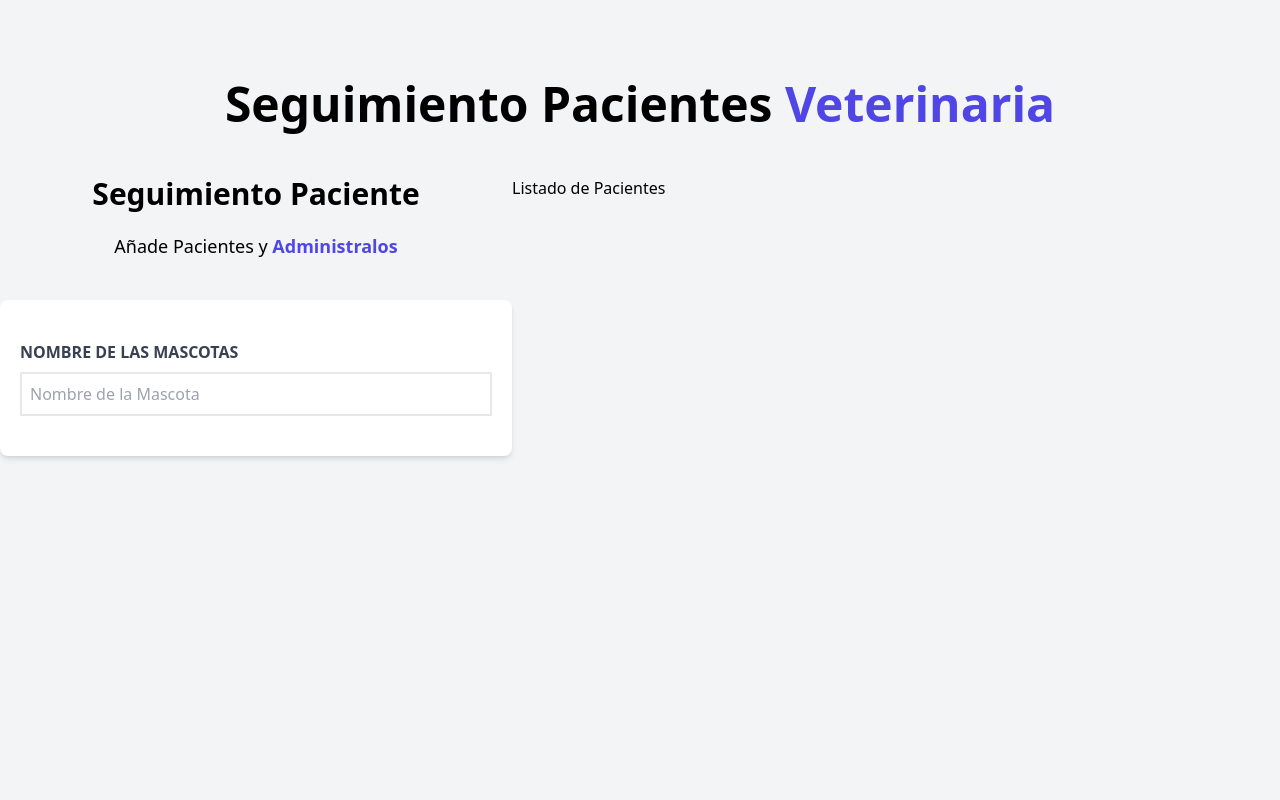
Repository: richardacb/citas_react_vite
Page: /
The author's editor kept a copy of each file at every save. The page is drawn from the files as they stood at one save, then again after a run of saves.
The browser window is 1280 px wide. The pictures show the whole page.
The project was rebuilt for these pictures with package versions that can differ from the ones it lists, and the page was loaded fresh each time. Also part of the build but not shown: vite.config.js.

Above is the page before, as saved 2022-12-17 02:45:05.

### src/App.jsx
import { useState } from "react";
import Header from "./components/Header";
import Formulario from "./components/Formulario";
import ListadoPacientes from "./components/ListadoPacientes";

function App() {
  return (
    <div className="container mx-auto mt-20">
      <Header />
      <div className="mt-12 md:flex">
        <Formulario />
        <ListadoPacientes />
      </div>
    </div>
  );
}

export default App;

### src/components/Header.jsx
function Header() {
  return (
    <>
        <h1 className="font-black text-5xl text-center md:w-2/3 mx-auto">Seguimiento Pacientes {''}
         <span className="text-indigo-600">Veterinaria</span></h1>
    </>
  );
}

export default Header;

### src/components/Formulario.jsx
const Formulario = () => {
    return (
        <div className="md:w-1/2 lg:w-2/5">
            <h2 className="font-black text-3xl text-center">Seguimiento Paciente</h2>

            <p className="text-lg mt-5 text-center mb-10">
                Añade Pacientes y {''} <span className="text-indigo-600 font-bold">Administralos</span>
            </p>

            <form className="bg-white shadow-md rounded-lg py-10 px-5">
                <div>
                    <label className="block text-gray-700 uppercase font-bold">Nombre de las Mascotas</label>
                    <input
                        type="text"
                        placeholder="Nombre de la Mascota"
                        className="border-2 w-full p-2 mt-2 placeholder:"
                    />
                </div>
            </form>
        </div>
    )
}

export default Formulario;

### src/components/ListadoPacientes.jsx
const ListadoPacientes = () => {
  return (
    <div className="w-1/2 lg:w-3/5">
      <h2>Listado de Pacientes</h2>
    </div>
  );
};

export default ListadoPacientes;

Loaded but not shown: index.html (common file); src/main.jsx (common file); src/index.css (common file); tailwind.config.cjs (common file)

After the next 3 saves:
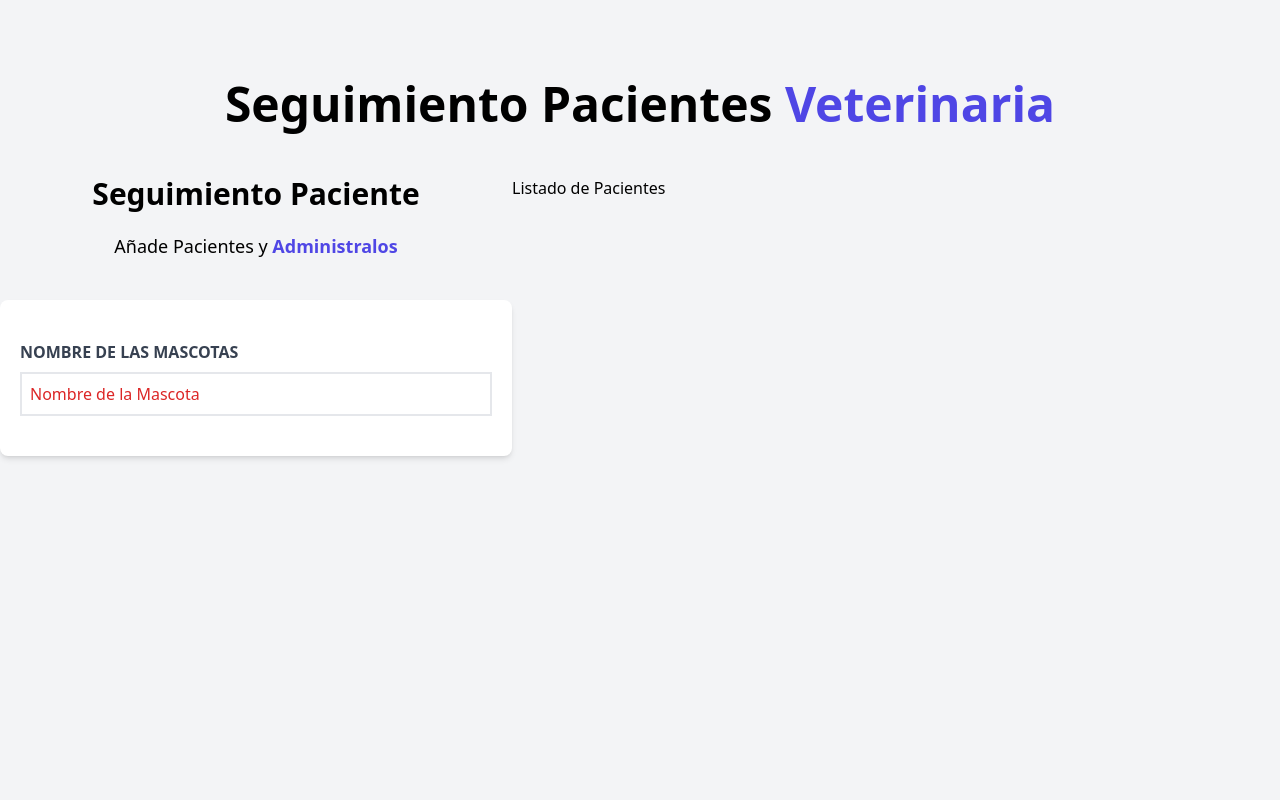
The 3 saves are shown as one change because they came seconds apart.
The last was saved 9 s later.
--- a/src/components/Formulario.jsx
+++ b/src/components/Formulario.jsx
@@ -13,7 +13,7 @@
                     <input
                         type="text"
                         placeholder="Nombre de la Mascota"
-                        className="border-2 w-full p-2 mt-2 placeholder:"
+                        className="border-2 w-full p-2 mt-2 placeholder-red-600"
                     />
                 </div>
             </form>

After the 2 saves that followed:
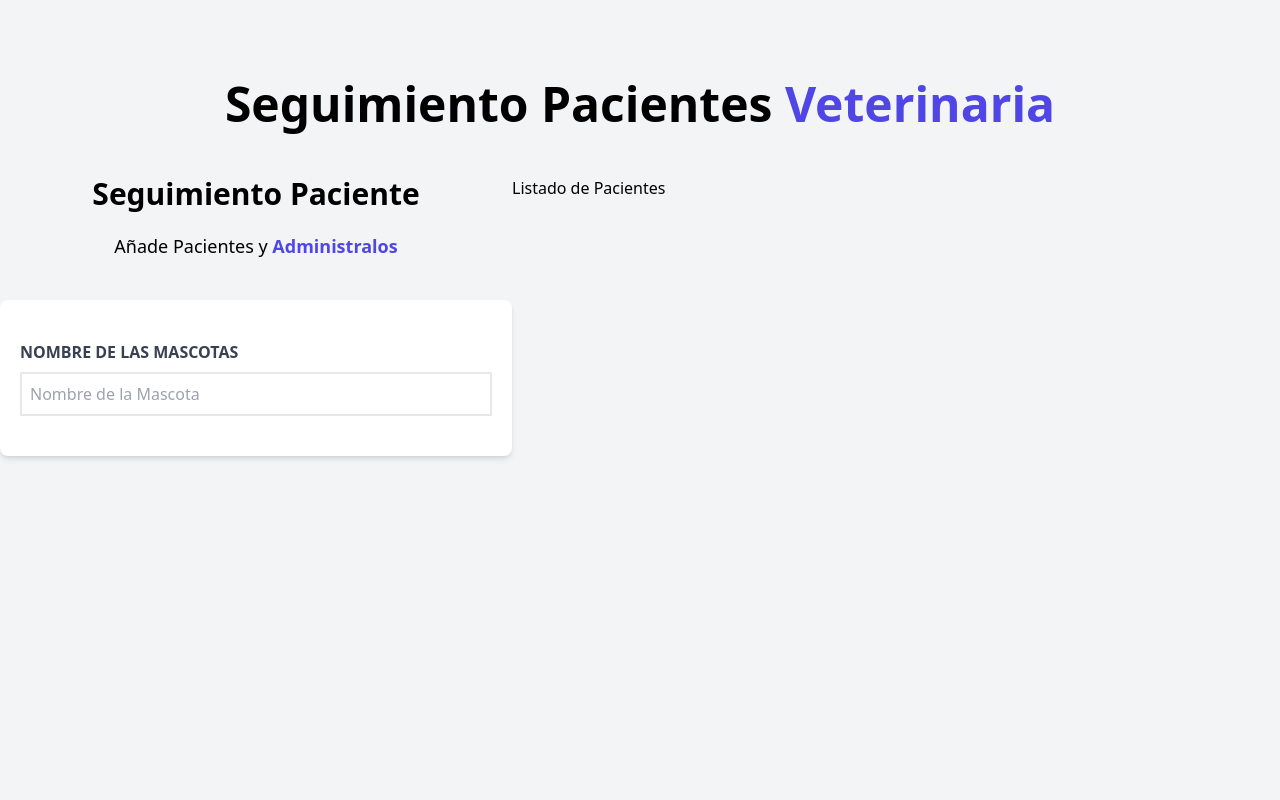
The 2 saves are shown as one change because they came seconds apart.
The last was saved 27 s later.
--- a/src/components/Formulario.jsx
+++ b/src/components/Formulario.jsx
@@ -13,7 +13,7 @@
                     <input
                         type="text"
                         placeholder="Nombre de la Mascota"
-                        className="border-2 w-full p-2 mt-2 placeholder-red-600"
+                        className="border-2 w-full p-2 mt-2 placeholder-gray-400"
                     />
                 </div>
             </form>
